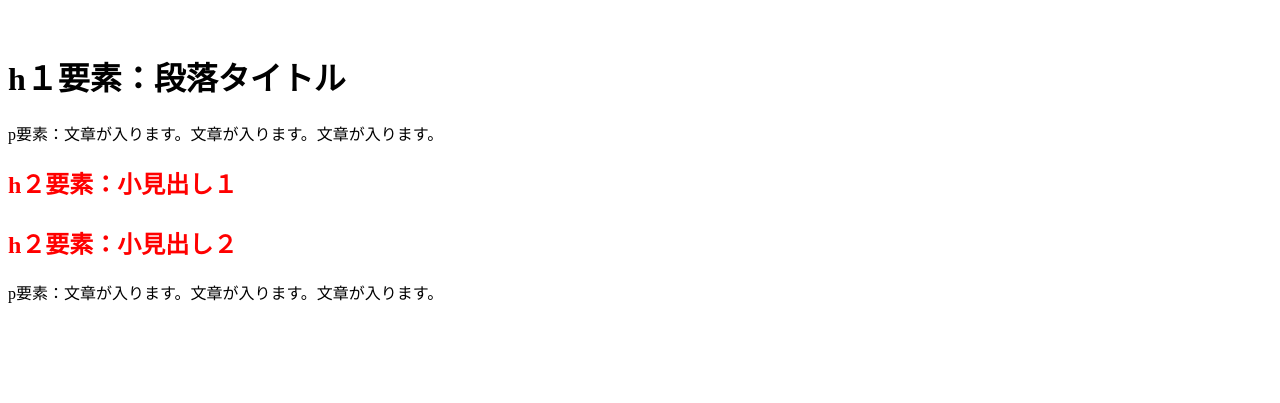
Repository: hatatatedai/samurai_HTML-CSS
Page: index3.html
The author's editor kept a record of every edit. The page is drawn from the files as they stood at one moment, then again after the next edit.
The browser window is 1280 px wide. The pictures show the whole page.

Above is the page before.

After the next edit:
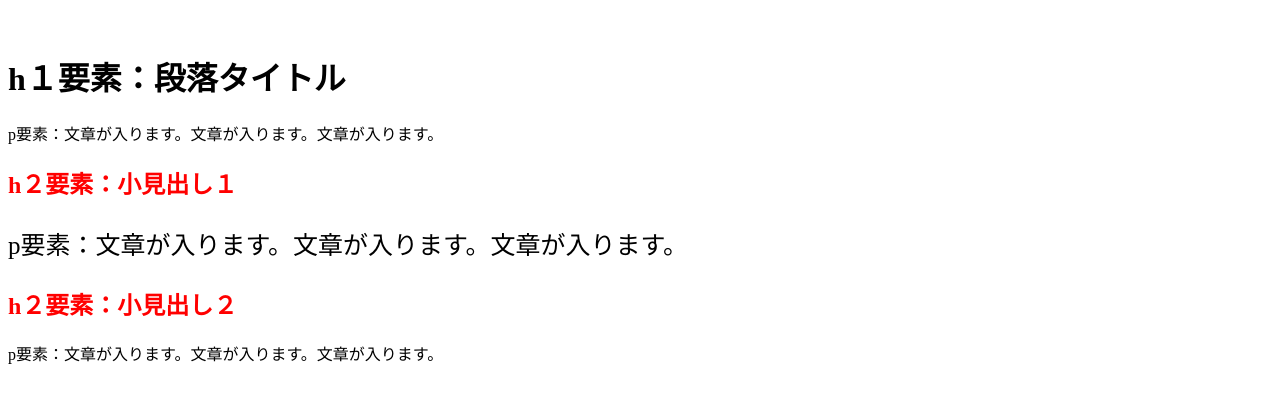
The edit:
--- a/index3.html
+++ b/index3.html
@@ -13,7 +13,7 @@
     <h1>h１要素：段落タイトル</h1>
     <p>p要素：文章が入ります。文章が入ります。文章が入ります。</p>
     <h2>h２要素：小見出し１</h2>
-    <p style="font-size: 25px;"
+    <p style="font-size: 25px;">
        p要素：文章が入ります。文章が入ります。文章が入ります。</p>
     <h2>h２要素：小見出し２</h2>
     <p
